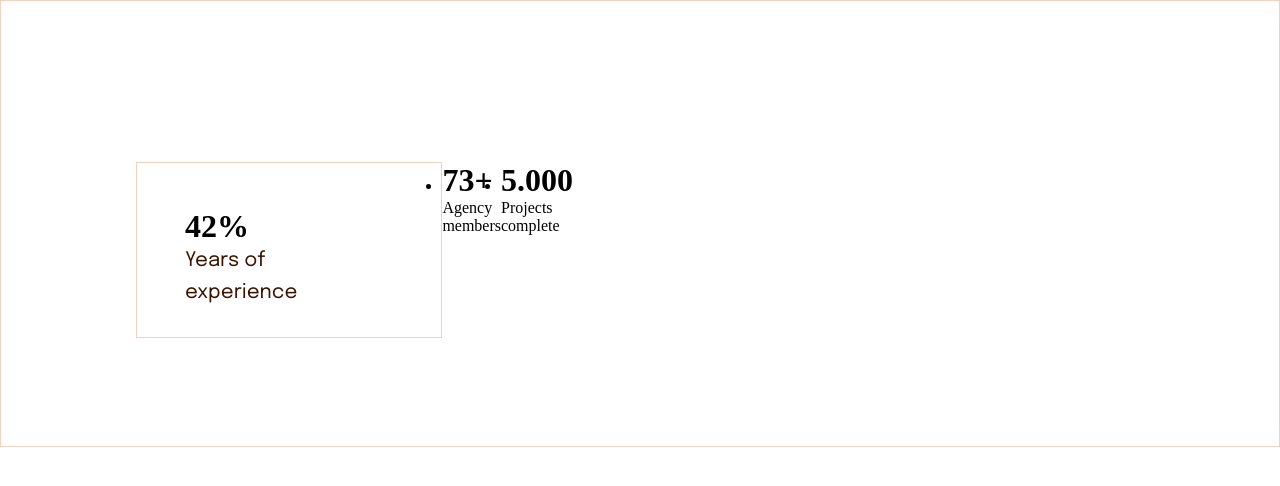
Repository: simralgasimov/task6
Page: index.html
These files come from the project's save history. The page is drawn as it stood at one moment and after a run of saves; the edit follows.
The browser window is 1280 px wide. The pictures show the whole page.

Above is the page before, as saved 2023-08-30 13:09:52.

### index.html
<!DOCTYPE html>
<html lang="en">
<head>
    <meta charset="UTF-8">
    <meta name="viewport" content="width=device-width, initial-scale=1.0">
    <title>Document</title>
    <link rel="stylesheet" href="index.css">
</head>
<body>
<div class="container">
    <div class="container-1">
        <ul >
            <li class="box-1"><h1>42%
            </h1>
            <p>Years of experience
            </p></li>
            <li class="box-2">
                <h1>73+
                </h1>
                <p>Agency members
                </p>
                <li class="box-3">
                    <h1>5.000
                    </h1>
                    <p>Projects complete
                    </p>
                </li>

            </li>


        </ul>
    </div>
    <div class="container-2"></div>


</body>
</html>

### index.css
@import url("https://fonts.googleapis.com/css2?family=Epilogue:wght@400;800&display=swap");

* {
  margin: 0;
  padding: 0;
  box-sizing: border-box;
}

.container {
  padding: 161px 131px 108px 135px;
  border: 1px solid #f3d1bf;
}

.container-1 ul {
  display: flex;
  width: 391px;
  height: 176px;
}

.container-1 ul .box-1 {
  padding: 45px 144px 38px 48px;
  list-style: none;
  border: 1px solid #f3d1bf;
}

.box .box-2 {
  padding: 45px 173px 38px 48px;
  list-style: none;
  border: 1px solid #f3d1bf;
}

.box .box-3 {
  padding: 45px 160px 38px 48px;
  list-style: none;
  border: 1px solid #f3d1bf;
}

.box h1 {
  margin-bottom: 13px;
  color: var(--text-dark, #391400);
  font-feature-settings: "clig" off, "liga" off;

  font-family: Epilogue;
  font-size: 40px;
  font-style: normal;
  font-weight: 800;
  line-height: 48px;
}

.box,
.box-1 p {
  color: var(--text-dark, #391400);
  font-feature-settings: "clig" off, "liga" off;
  font-family: Epilogue;
  font-size: 20px;
  font-style: normal;
  font-weight: 400;
  line-height: 32px;
}

After the next 2 saves:
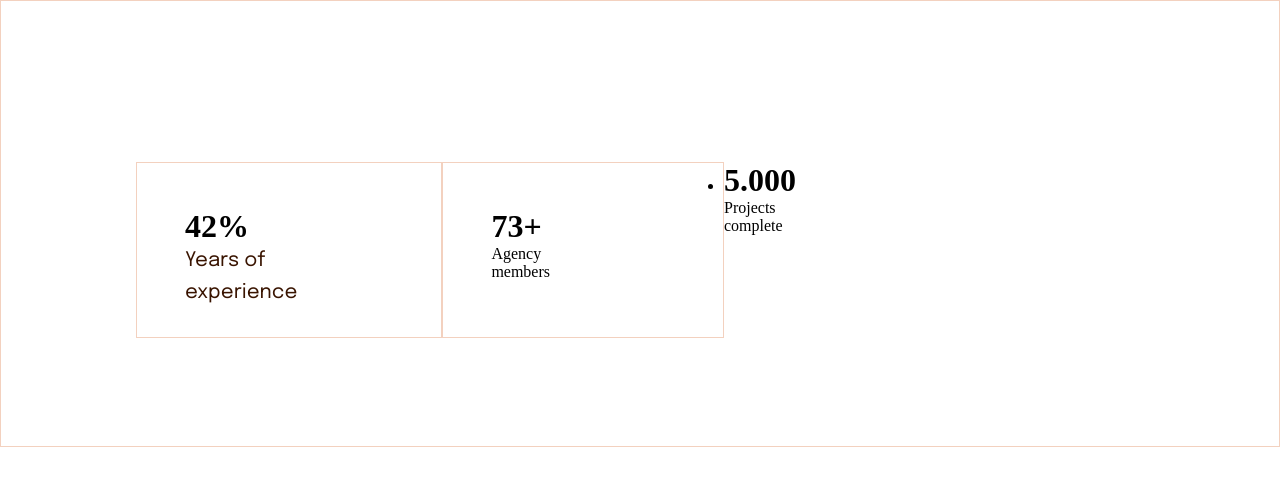
The 2 saves are shown as one change because they came seconds apart.
The last was saved 5 s later.
--- a/index.css
+++ b/index.css
@@ -23,7 +23,7 @@
   border: 1px solid #f3d1bf;
 }
 
-.box .box-2 {
+.container-1 ul .box-2 {
   padding: 45px 173px 38px 48px;
   list-style: none;
   border: 1px solid #f3d1bf;
